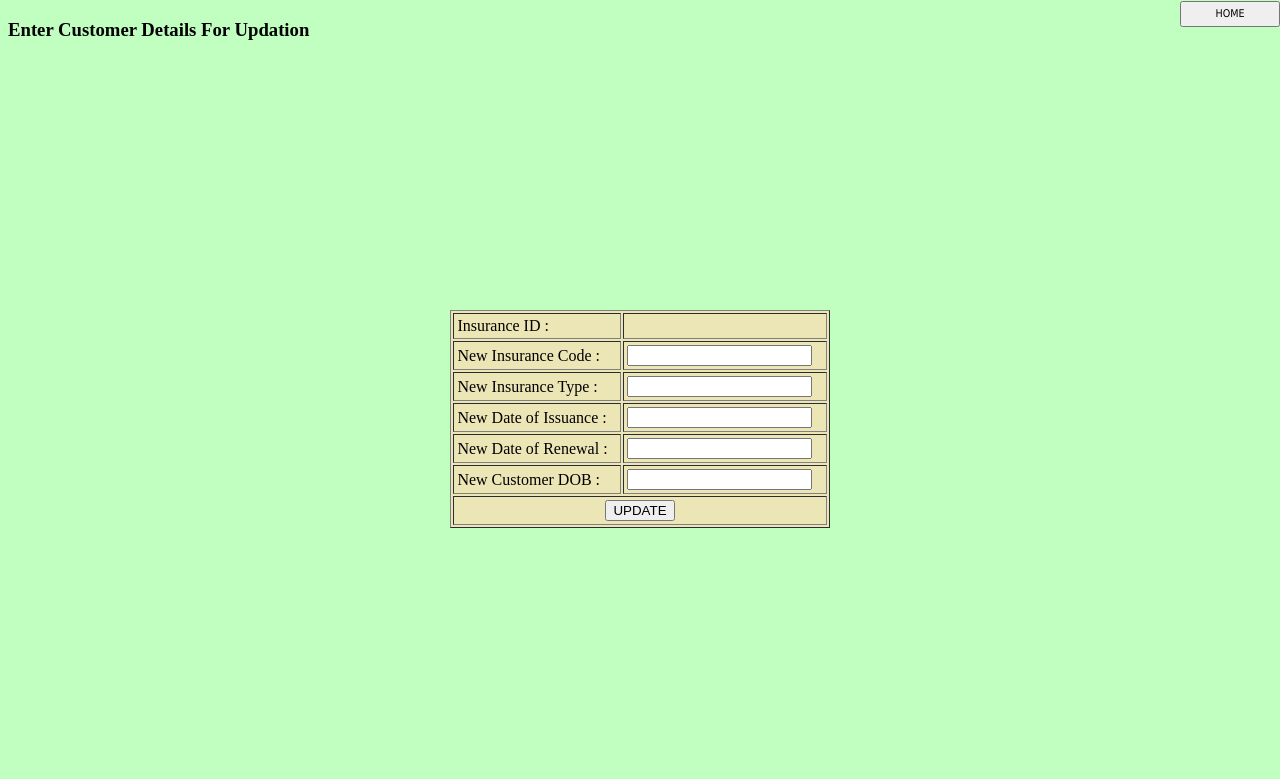
Repository: ankitasha/HomeProject
Page: http://localhost/insurance/WEB-INF/views/updateinsurance.jsp
The author's editor kept a copy of each file at every save. The page is drawn from the files as they stood at one save, then again after the next save.
The browser window is 1280 px wide. The pictures show the whole page.
The page is served by Tomcat 9. Nobody is signed in. The template is opened directly, without the code that normally fills it, so the values that code supplies are empty.

Above is the page before, as saved 2017-05-05 11:17:23.

After the next save:
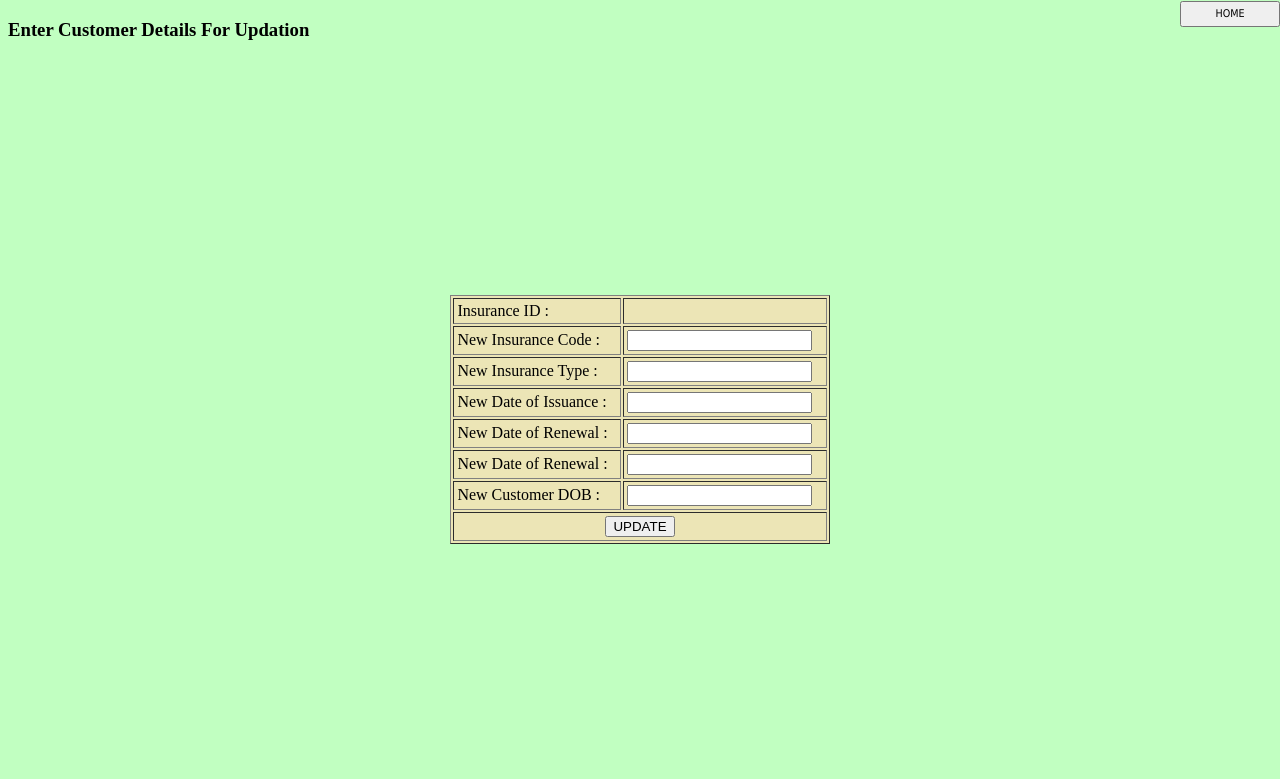
Saved 17 s later.
--- a/insurance/src/main/webapp/WEB-INF/views/updateinsurance.jsp
+++ b/insurance/src/main/webapp/WEB-INF/views/updateinsurance.jsp
@@ -61,6 +61,9 @@
                     <tr>
                         <td> New Date of Renewal : </td><td> <input name="dateofRenewal" placeholder="${dateofRenewal}"/> </td>
                     </tr>
+                    <tr>
+                        <td> New Date of Renewal : </td><td> <input name="dateofRenewal" placeholder="${dateofRenewal}"/> </td>
+                    </tr>
                    <tr>
                         <td> New Customer DOB : </td><td> <input name="dob" placeholder="${dob}"/> </td>
                     </tr>
